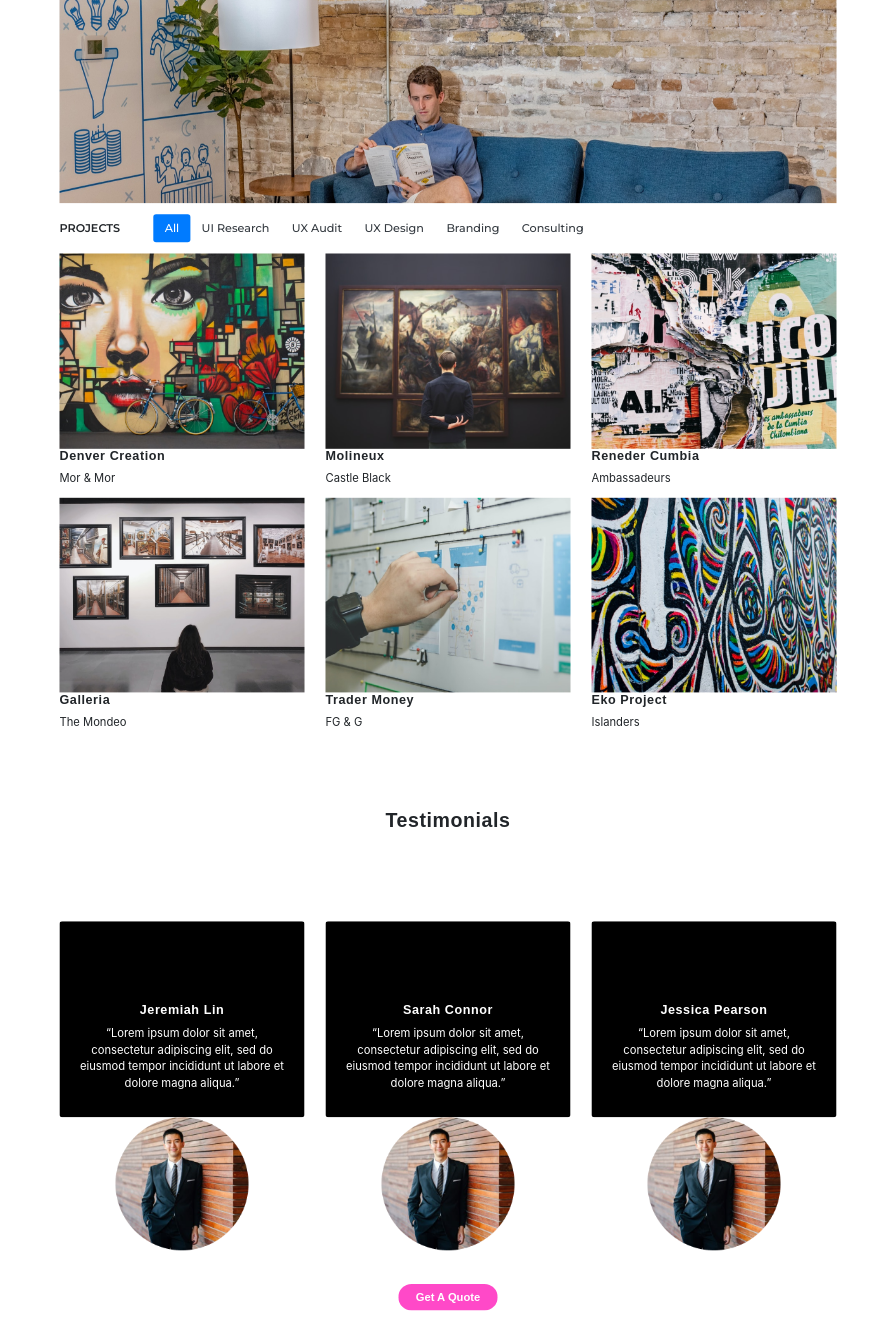
Repository: Syfon01/hng-port
Page: index.html
The author's editor kept a copy of each file at every save. The page is drawn from the files as they stood at one save, then again after a run of saves.
The browser window is 1280 px wide. The pictures show the part of the page from y = 2153 to 4073 px (the page is 4073 px tall before and 3883 px after), at 70% of full size.
Some web fonts or font styles are not loaded; a fallback is used.

Above is the page before, as saved 2020-06-28 19:40:08.

After the next 2 saves:
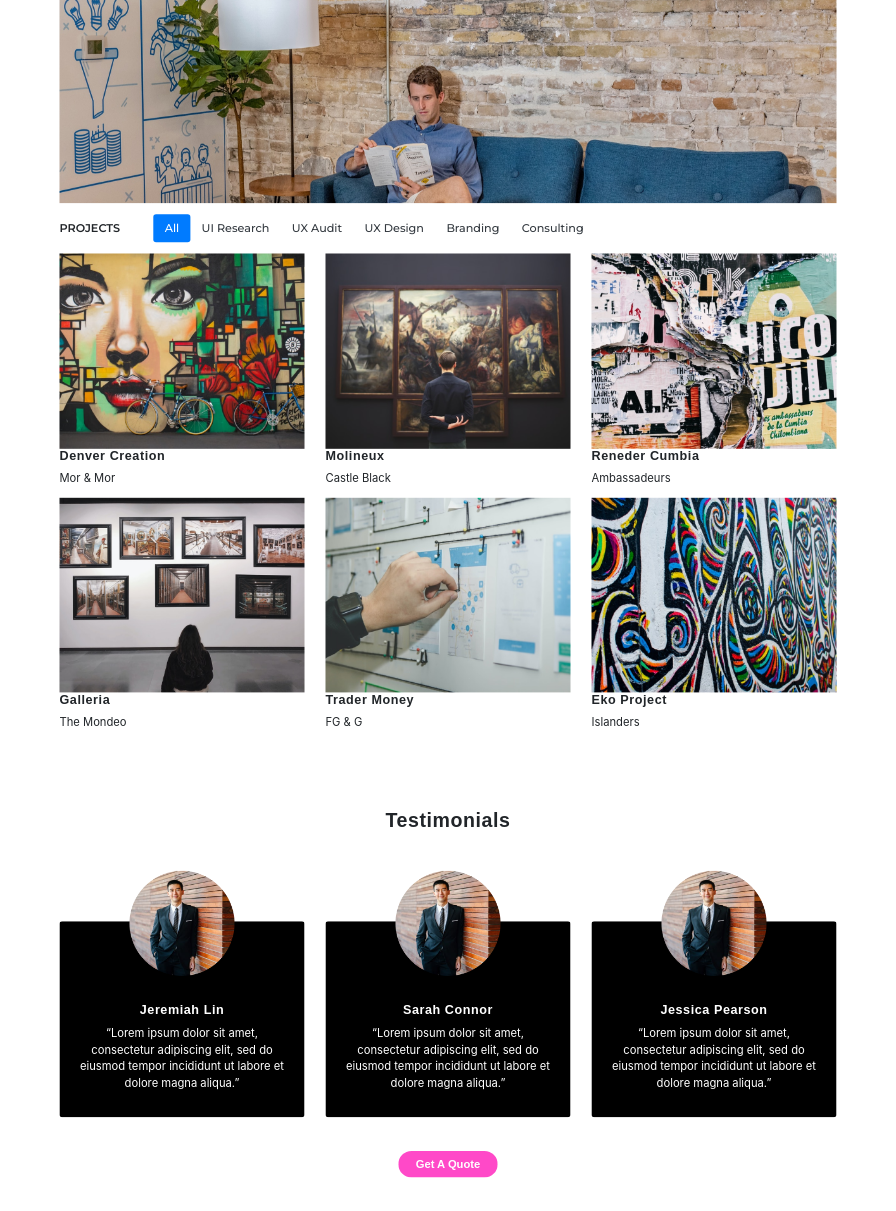
The 2 saves are shown as one change because they came seconds apart.
The last was saved 6 s later.
--- a/style.css
+++ b/style.css
@@ -83,7 +83,9 @@ h5{
 
 /* testimonial  */
 
-#
+#testimonial{
+
+}
 .card-image{
   position: absolute;
   top:0;
